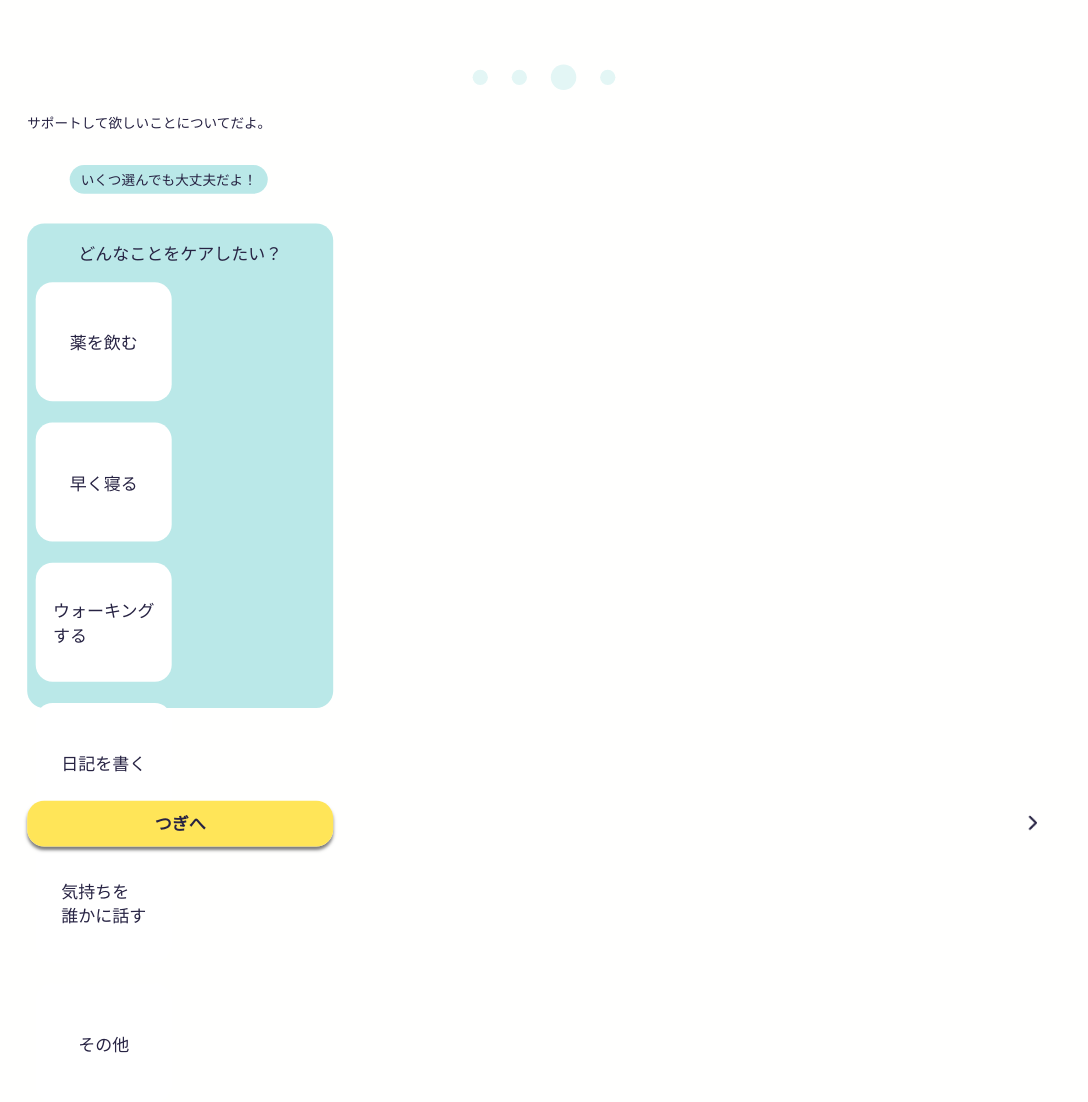
Repository: misaki0919/Self-care
Page: support.html
The author's editor kept a copy of each file at every save. The page is drawn from the files as they stood at one save, then again after the next save.
The browser window is 1280 px wide. The pictures show the whole page, at 85% of full size.
Some web fonts or font styles are not loaded; a fallback is used.

Above is the page before, as saved 2026-07-19 11:33:13.

### support.html
<!DOCTYPE html>
<html lang="jp">
<head>
    <meta charset="UTF-8">
    <meta name="viewport" content="width=device-width, initial-scale=1.0">
    <title>サポートページ</title>
    <link href="css/support.css" rel="stylesheet">
    <link rel="preconnect" href="https://fonts.googleapis.com">
    <link rel="preconnect" href="https://fonts.gstatic.com" crossorigin>
    <link href="https://fonts.googleapis.com/css2?family=Archivo+Black&family=Noto+Serif+JP:wght@200..900&family=Zen+Maru+Gothic&display=swap" rel="stylesheet">
</head>
<body>
    <div class="circle_wrap">
        <div class="circle"></div>
        <div class="circle"></div>
        <div class="diffrent_circle"></div>
        <div class="circle"></div>
    </div>
    <p class="support">サポートして欲しいことについてだよ。</p>
    <p class="choose">いくつ選んでも大丈夫だよ！</p>
    <div class="wrap">
        <p class="care">どんなことをケアしたい？</p>
        <ul>
            <li>薬を飲む</li>
            <li>早く寝る</li>
            <li>ウォーキング<br>する</li>
            <li>日記を書く</li>
            <li>気持ちを<br>誰かに話す</li>
            <li>その他</li>
        </ul>
    </div>
    <div class="images-wrap">
        <a href="support.html" class="next zen-maru-gothic-regular">つぎへ</a>
        <img class="images" src="images/next.png" alt="画像">
    </div>

</body>
</html>

### css/support.css
body{
    background-color: #FFFFFE;
    color: #272343;
    padding-left: 24px;
    padding-right: 24px;
}
.zen-maru-gothic-regular {
    font-family: "Zen Maru Gothic", sans-serif;
    font-weight: 600;
    font-style: normal;
}
.circle_wrap{
    display: flex;
    justify-content: center;
    margin-top: 76px;
    gap: 28px;
    align-items: center;
    .diffrent_circle{
        width: 30px;
        height: 30px;
        background-color: #E3F6F5;
        border-radius: 50%;

    }
    .circle{
        width: 18px;
        height: 18px;
        background-color: #E3F6F5;
        border-radius: 50%;
        text-align: center;

    }
}
.support{
    font-size: 16px;
    margin: 26px 38px 0 0;
}
.choose{
    font-size: 16px;
    background-color: #BAE8E8;
    border-radius: 20px;
    width: 233px;
    height: 34px;
    display: flex;
    justify-content: center;
    align-items: center;
    margin-left: 50px;
    margin-bottom: 35px;
    margin-top: 38px;
}
.wrap{
    background-color: #BAE8E8;
    height: 570px;
    width: 340px;
    border-radius: 20px;
    margin-bottom: 120px;
    padding-left: 10px;
    padding-right: 10px;
    .care{
        font-size: 20px;
        text-align: center;
        padding-top: 20px;
    }
    ul{
        display: flex;
        justify-content: space-between;
        flex-wrap: wrap;
        padding:0;
        gap: 25px;


        li{
            background-color: #FFFFFF;
            display: flex;
            justify-content: center;
            border-radius: 20px;
            list-style: none;
            height: 140px;
            width: 160px;
            align-items: center;
            font-size: 20px;


        }
    }
}




.next{
    font-size: 20px;
    background-color: #FFE558;
    border-radius: 20px;
    padding: 16px 150px;
    text-align: center;
    text-decoration: none;
    color: #272343;
    box-shadow: #7b7b7b 0px 4px 4px 0px;
}
images-wrap{
    position: relative;
}
.images{
    width: 30px;
    position: absolute;
    right: 20px;
    /* background-color: tomato; */
    margin-right: 30px;
}

After the next save:
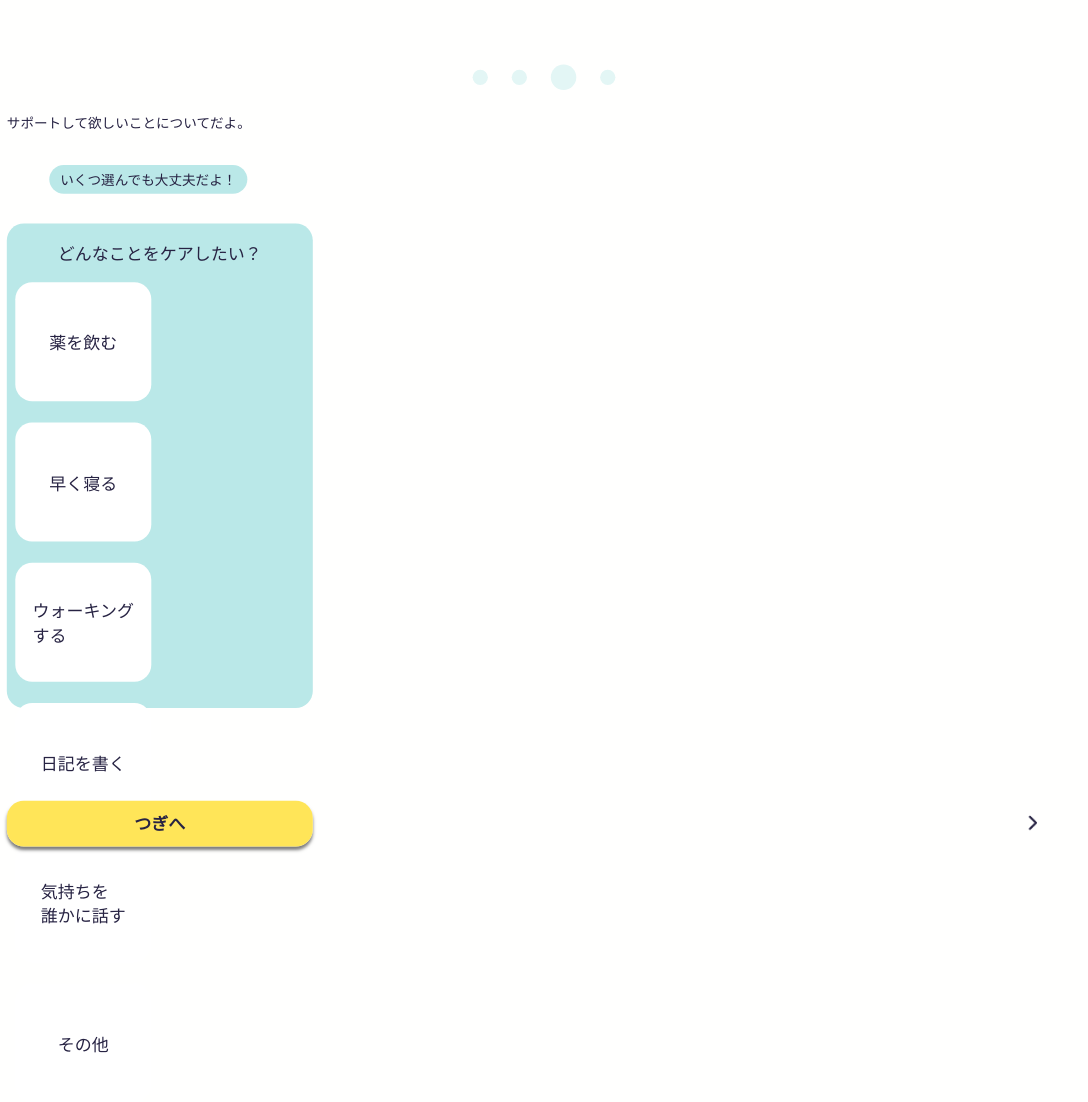
Saved 96 s later.
--- a/css/support.css
+++ b/css/support.css
@@ -1,8 +1,8 @@
 body{
     background-color: #FFFFFE;
     color: #272343;
-    padding-left: 24px;
-    padding-right: 24px;
+    /* padding-left: 24px;
+    padding-right: 24px; */
 }
 .zen-maru-gothic-regular {
     font-family: "Zen Maru Gothic", sans-serif;
